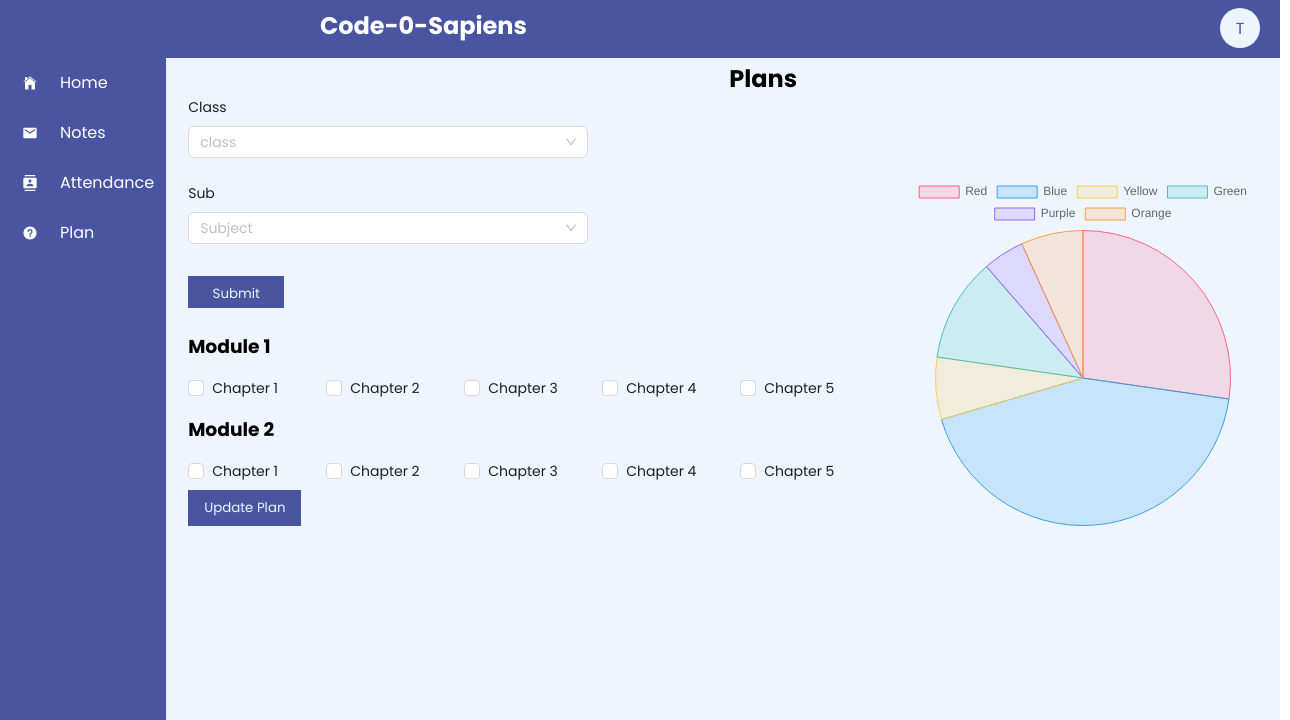
Repository: sinchana-P/code-0-sapiens
Page: /plans (app in client/), after clicking the first element matching `button`
An editor plug-in stored every save of this project. The page is shown before and after a run of saves, followed by the edit.
The browser window is 1280 px wide. The page is 1290 px wide, so the pictures cover 1290 px, including what lies to the right of the window. The pictures show the whole page.
The project was rebuilt for these pictures with package versions that can differ from the ones it lists, and the page was loaded fresh each time. Also part of the build but not shown: client/src/components/auth/login/FormLayoutLogin.jsx, client/src/components/auth/login/Login.jsx, client/src/components/auth/register/FormLayoutRegister.jsx, client/src/components/auth/register/Register.jsx, client/src/components/homeScene/Home.jsx, client/src/components/notes/Notes.jsx, client/src/components/attendance/Attendance.jsx, client/src/components/profile/Profile.jsx and 5 more.

Above is the page before, as saved 2024-03-01 07:48:29.

### client/public/index.html
<!DOCTYPE html>
<html lang="en">
  <head>
    <meta charset="utf-8" />
    <link rel="icon" href="%PUBLIC_URL%/favicon.ico" />
    <meta name="viewport" content="width=device-width, initial-scale=1" />
    <meta name="theme-color" content="#000000" />
    <meta
      name="description"
      content="Web site created using create-react-app"
    />
    <link rel="apple-touch-icon" href="%PUBLIC_URL%/logo192.png" />
    <!--
      manifest.json provides metadata used when your web app is installed on a
      user's mobile device or desktop. See https://developers.google.com/web/fundamentals/web-app-manifest/
    -->
    <link rel="manifest" href="%PUBLIC_URL%/manifest.json" />
    <!--
      Notice the use of %PUBLIC_URL% in the tags above.
      It will be replaced with the URL of the `public` folder during the build.
      Only files inside the `public` folder can be referenced from the HTML.

      Unlike "/favicon.ico" or "favicon.ico", "%PUBLIC_URL%/favicon.ico" will
      work correctly both with client-side routing and a non-root public URL.
      Learn how to configure a non-root public URL by running `npm run build`.
    -->
    <link rel="preconnect" href="https://fonts.googleapis.com">
<link rel="preconnect" href="https://fonts.gstatic.com" crossorigin>
<link href="https://fonts.googleapis.com/css2?family=Poppins:ital,wght@0,100;0,200;0,300;0,400;0,500;0,600;0,700;0,800;0,900;1,100;1,200;1,300;1,400;1,500;1,600;1,700;1,800;1,900&display=swap" rel="stylesheet">
    <title>Code-0-Sapiens</title>
  </head>
  <body>
    <noscript>You need to enable JavaScript to run this app.</noscript>
    <div id="root"></div>
    <!--
      This HTML file is a template.
      If you open it directly in the browser, you will see an empty page.

      You can add webfonts, meta tags, or analytics to this file.
      The build step will place the bundled scripts into the <body> tag.

      To begin the development, run `npm start` or `yarn start`.
      To create a production bundle, use `npm run build` or `yarn build`.
    -->
  </body>
</html>

### client/src/index.js
import React from 'react';
import ReactDOM from 'react-dom/client';
import './index.css';
import App from './App';
import reportWebVitals from './reportWebVitals';
import { BrowserRouter } from 'react-router-dom'
import { apiSlice } from './api/apiSlice';
import {ApiProvider} from '@reduxjs/toolkit/query/react'

const root = ReactDOM.createRoot(document.getElementById('root'));
root.render(
  <BrowserRouter>
    <React.StrictMode>
      <ApiProvider api={apiSlice}>
        <App />
      </ApiProvider>
    </React.StrictMode>
  </BrowserRouter>,
);

// If you want to start measuring performance in your app, pass a function
// to log results (for example: reportWebVitals(console.log))
// or send to an analytics endpoint. Learn more: https://bit.ly/CRA-vitals
reportWebVitals();

### client/src/App.jsx

import './App.css';
import { useState } from 'react';
import { Routes, Route } from 'react-router-dom'
import Login from './components/auth/login/Login'
import Register from './components/auth/register/Register';
import Topbar from './components/global/topbar/Topbar';
import Sidebar from './components/global/sidebar/Sidebar';
import Home from './components/homeScene/Home';
import Notes from './components/notes/Notes';
import Plans from './components/plans/Plans';
import Attendance from './components/attendance/Attendance';
import Profile from './components/profile/Profile';
import StudentSidebar from './components/global/sidebar/StudentSidebar';
import StdHome from './components/stdHome/StdHome';
import StdAttendance from './components/stdAttendance/StdAttendance'
import StdNotes from './components/stdNotes/StdNotes';
import StdDoubts from './components/stdDoubts/StdDoubts';

function App() {
  const [userRole, setUserRole] = useState('Teacher')

  return (
    <div className="App">
      <div className='app-container'>

      <Topbar userRole={userRole}/>

        <div className='main-content'>
          <div className='left-content-container'>

          {
            userRole === 'Teacher' ? (<Sidebar /> ) : (<StudentSidebar /> )
          }

          </div>
          <div className='right-content-container'>
            <Routes>
              <Route path='/login' element={ <Login/> } />
              <Route path='/register' element={ <Register/> } />
              <Route path='/home' element={ <Home/> } />
              <Route path='/notes' element={ <Notes/> } />
              <Route path='/attendance' element={ <Attendance/> } />
              <Route path='/plans' element={ <Plans/> } />
              {/* <Route path='/profile' element={ <Profile/> } /> */}
              <Route path='/student' element={ <StdHome/> } />
              <Route path='/student/attendance' element={ <StdAttendance/> } />
              <Route path='/student/attendance' element={ <StdNotes/> } />
              <Route path='/student/attendance' element={ <StdDoubts/> } />
            </Routes>
          </div>
        </div>
      </div>

    </div>
  );
}

export default App;

### client/src/api/apiSlice.js
import {createApi,fetchBaseQuery} from '@reduxjs/toolkit/query/react'


export const apiSlice = createApi({
       reducerPath:"api",
       baseQuery:fetchBaseQuery({baseUrl:""}),
       tagTypes:['auth', 'student'],
       endpoints:(builder)=>({
        register: builder.mutation({
            query: (data) => ({
                url: '/register',
                method: "POST",
                body: data
            }),
            invalidatesTags:['auth']
        }),
        login: builder.mutation({
            query: (data) => ({
                url: '/login',
                method: "POST",
                body: data
            }),
            invalidatesTags:['auth']
        }),
            //   getTodos:builder.query({
            //          query:()=>'/auth',
            //          transformResponse: (res: Todo[]) =>  {
            //                 // Ensure res is an array before sorting
            //                 console.log(res);

            //                 if (Array.isArray(res)) {
            //                     return res.sort((a, b) => b.id - a.id);
            //                 } else {
            //                     return res;
            //                 }
            //             },

            //          providesTags:['todos']
            //   }),
            //   addTodo:builder.mutation({
            //          query:(todo)=>({
            //                 url:'/todos',
            //                 method:"POST",
            //                 body:todo
            //          }),
            //          invalidatesTags:['todos']
            //   }),
            //   updateTodo:builder.mutation({
            //          query:(todo)=>({
            //                 url:/todos/${todo.id},
            //                 method:'PATCH',
            //                 body:todo
            //          }),
            //          invalidatesTags:['todos']
            //   }),
            //   deleteTodo:builder.mutation({
            //          query:(id)=>({

            //                 url:/todos/${id},
            //                 method:'DELETE',
            //                 body:id
            //          }),
            //          invalidatesTags:['todos']
            //   })

       })
})

export const { useRegisterMutation,useLoginMutation } = apiSlice

### client/src/App.css
@import url('https://fonts.googleapis.com/css2?family=Poppins:ital,wght@0,100;0,200;0,300;0,400;0,500;0,600;0,700;0,800;0,900;1,100;1,200;1,300;1,400;1,500;1,600;1,700;1,800;1,900&display=swap');

* {
  font-family: "Poppins", sans-serif;
}

/* --- */
.full-width-container {
  width: 100%;
  display: flex;
  justify-content: center;
  align-items: center;
}
/* --- */

.right-content-container {
  background-color: #EEF5FF;
  display: flex;
  align-items: start;
  justify-content: center;
}

.app-container {
  display: flex;
  flex-direction: column;
}

.main-content {
  display: flex;
  flex-direction: row;
}

.left-content-container {
  width: 13vw;
}

.right-content-container {
  width: 87vw;

}

### client/src/components/global/topbar/Topbar.jsx
import React, {useState} from 'react'
import './Topbar.css'

const Topbar = ({userRole}) => {
  // const [userRole, setUserRole] = useState('Teacher')

  return (
    <div className='topbar-container'>
        <h2 style={{textAlign: 'left'}} className='logo-text'>Code-0-Sapiens</h2>

        <div className='profile-div'>
          {userRole === 'Teacher' ? 'T' : (userRole === 'Student' ? 'S' : '')}
        </div>
    </div>
  )
}

export default Topbar

### client/src/components/global/sidebar/Sidebar.jsx
import './Sidebar.css'
import { SidebarData } from './SidebarData';
import { Link, NavLink } from 'react-router-dom';


const Sidebar=()=> {
  return (
    <div className='sidebar'>
       <ul className='sidebarList'>
        {
        SidebarData.map((value,key)=>{
            return (
              <NavLink to={value.route} key={key} className='row' >
                <div id='icon'>{value.icon}</div>
                <div id='title'>{value.title}</div>
              </NavLink>
            )
        })
        }
       </ul>
    </div>
  )
}

export default Sidebar

### client/src/components/plans/Plans.jsx
import React, {useState} from 'react';
import { Form, Select, Checkbox } from 'antd';
import './Plans.css'
import { Chart as ChartJS, ArcElement, Tooltip, Legend } from 'chart.js';
import { Pie } from 'react-chartjs-2';


const SidebarData = [
  {
    cls_id: '8',
    sub_id: '1',
    mod_id: 'Module 1',
    chp_id: 'Chapter 1',
    completed: true
  },
  {
    cls_id: '8',
    sub_id: '1',
    mod_id: 'Module 1',
    chp_id: 'Chapter 2',
    completed: false
  },
  {
    cls_id: '8',
    sub_id: '1',
    mod_id: 'Module 1',
    chp_id: 'Chapter 3',
    completed: true
  },
  {
    cls_id: '8',
    sub_id: '1',
    mod_id: 'Module 1',
    chp_id: 'Chapter 4',
    completed: false
  },
  {
    cls_id: '8',
    sub_id: '1',
    mod_id: 'Module 1',
    chp_id: 'Chapter 5',
    completed: true
  },
  {
    cls_id: '8',
    sub_id: '1',
    mod_id: 'Module 2',
    chp_id: 'Chapter 1',
    completed: false
  },
  {
    cls_id: '8',
    sub_id: '1',
    mod_id: 'Module 2',
    chp_id: 'Chapter 2',
    completed: true
  },
  {
    cls_id: '8',
    sub_id: '1',
    mod_id: 'Module 2',
    chp_id: 'Chapter 3',
    completed: true
  },
  {
    cls_id: '8',
    sub_id: '1',
    mod_id: 'Module 2',
    chp_id: 'Chapter 4',
    completed: true
  },
  {
    cls_id: '8',
    sub_id: '1',
    mod_id: 'Module 2',
    chp_id: 'Chapter 5',
    completed: true
  }
];

const CheckboxGroup = Checkbox.Group;
ChartJS.register(ArcElement, Tooltip, Legend);

const Plans = () => {

    const [isSubmit, setIsSubmit] = useState(false)

    const data = {
      labels: ['Red', 'Blue', 'Yellow', 'Green', 'Purple', 'Orange'],
      datasets: [
        {
          label: '# of Votes',
          data: [12, 19, 3, 5, 2, 3],
          backgroundColor: [
            'rgba(255, 99, 132, 0.2)',
            'rgba(54, 162, 235, 0.2)',
            'rgba(255, 206, 86, 0.2)',
            'rgba(75, 192, 192, 0.2)',
            'rgba(153, 102, 255, 0.2)',
            'rgba(255, 159, 64, 0.2)',
          ],
          borderColor: [
            'rgba(255, 99, 132, 1)',
            'rgba(54, 162, 235, 1)',
            'rgba(255, 206, 86, 1)',
            'rgba(75, 192, 192, 1)',
            'rgba(153, 102, 255, 1)',
            'rgba(255, 159, 64, 1)',
          ],
          borderWidth: 1,
        },
      ],
    };

  // Grouping chapters by module
  const groupedChapters = SidebarData.reduce((acc, curr) => {
    const { mod_id, chp_id } = curr;
    if (!acc[mod_id]) {
      acc[mod_id] = [];
    }
    acc[mod_id].push(chp_id);
    console.log('acc');
    console.log(acc);
    return acc;
  }, {});

  const handleSubmit = () => {
    setIsSubmit(true)
  }

  return (
    <div className='plans-main'>
      <h2 className='heading'>Plans</h2>

         <div className='plans-container'>
            <div className='plans-container-left'>
                <Form
                layout="vertical"
                name="basic"
                labelCol={{ span: 8 }}
                wrapperCol={{ span: 16 }}
                style={{ maxWidth: 600 }}
                initialValues={{ remember: true }}
                autoComplete="off"
            >
                <Form.Item label="Class" rules={[{ required: true, message: 'Please select class!' }]}>
                <Select placeholder="class">
                    <Select.Option value="class8">Class 8</Select.Option>
                    <Select.Option value="class9">Class 9</Select.Option>
                    <Select.Option value="class10">Class 10</Select.Option>
                </Select>
                </Form.Item>
                <Form.Item label="Sub" rules={[{ required: true, message: 'Please select class!' }]}>
                <Select placeholder="Subject">
                    <Select.Option value="maths">Maths</Select.Option>
                    <Select.Option value="science">Science</Select.Option>
                    <Select.Option value="social">Social</Select.Option>
                </Select>
                </Form.Item>
                </Form>

                <button style={{ width: '6rem', height: '2rem', textAlign: 'center' }} onClick={handleSubmit}>Submit</button>

                <div>
                    {isSubmit && (
                        <>
                        {Object.keys(groupedChapters).map((module, index) => (

                          <div key={index} className='module-chapters-checkbox'>
                          <h3 style={{padding: '1rem 0'}}>{module}</h3>
                          <CheckboxGroup>
                              {groupedChapters[module].map((chapter, i) => (
                              <Checkbox checked key={i} value={chapter} style={{width: '130px'}} >
                                  {chapter}
                              </Checkbox>
                              ))}
                          </CheckboxGroup>

                          </div>

                      ))}
                      <button>Update Plan</button>
                        </>
                    )}
                </div>
            </div>

            <div style={{width:'350px', height: '350px'}} className='plans-container-right'>
              <Pie
                data={data}
                width={50}
                height={50}
              />
            </div>
         </div>





    </div>



  );
}

export default Plans;

### client/src/components/auth/login/Login.css
.login-container{
    padding: 1rem 0;
    /* background-color: pink; */
    width: 50vw;

}

h2 {
    text-align: center;
    margin-left: 20rem;
}

### client/src/components/auth/register/Register.css
.register-container{
    padding: 1rem 0;
    /* background-color: pink; */
    width: 50vw;

}

h2 {
    text-align: center;
    margin-left: 20rem;
}

### client/src/components/global/topbar/Topbar.css
.topbar-container {
    background-color: #4A55A2;
    min-width: 95vw;
    height: 4rem;
    display: flex;
    flex-direction: row;
    justify-content: space-between;
}

.profile-div {
    background-color: #EEF5FF;
    color: #4a55a2;
    width: 40px;
    height: 40px;
    border-radius: 50%;
    display: flex;
    justify-content: center;
    align-items: center;
    margin-top: 8px;
    margin-right: 20px;
}

.logo-text {
    color: white;
    /* text-align: center; */
    margin-top: 0.5rem;
}

### client/src/components/global/sidebar/Sidebar.css
*{
    margin: 0;
    padding: 0;
  }
  .App{
    width: 100vw;
    height: 100vh;
    display: flex;
  }

  .sidebar{
    height: 92vh;
    width: 200px;
    background-color: #4A55A2;
  }

  .sidebarList{
    height: auto;
    width: 100%;
    padding: 0;
  }

  .sidebarList .row{
    width: 100%;
    height: 50px;
    list-style-type: none;
    margin: 0;
    display: flex;
    flex-direction: row;
    color: white;
    justify-content: center;
    align-items: center;
    text-decoration: none;
  }

  .sidebarList .row:hover{
    cursor: pointer;
    background-color: #EEF5FF;
    color: black;

  }

  .row #icon{
    flex: 30%;
    display: grid;
    place-items: center;
  }

  .row #title{
    flex: 70%;
  }

  .row .active {
    background-color: #EEF5FF;
    color: black;
  }

### client/src/components/global/sidebar/SidebarData.js
import { IoIosHome,IoMdHelpCircle } from "react-icons/io";
import { MdEmail,MdContacts } from "react-icons/md";
import { FaRegCalendarCheck } from "react-icons/fa";


export const SidebarData=[
       {
              title:"Home",
              icon:<IoIosHome />,
              route:"/"
       },
       {
              title:"Notes",
              icon:<MdEmail />,
              route:"/notes"
       },
       {
              title:"Attendance",
              icon:<MdContacts />,
              route:"/attendance"
       },
       {
              title:"Plan",
              icon:<IoMdHelpCircle />,
              route:"/plans"
       },
       // {
       //        title:"Profile",
       //        icon:<FaRegCalendarCheck />,
       //        route:"/profile"
       // },
]

### client/src/components/notes/Notes.css
.notes-main {
    width: 87vw;
}

.heading {
    margin-left: 28rem;
}

.notes-container{
    margin: 1rem 18rem;
}

.notes-form-container {
    padding: 1rem 0;
}

.notes-upload-main {
    display: flex;
    flex-direction: row;
}


.notes-upload-container {
    display: flex;
    flex-direction: column;
}

.notes-pdf, .notes-link {
    display: flex;
    flex-direction: row;
    padding: 0.5rem 0;
}

.notes-upload-container {
    padding: 0rem 1rem;
}

p{
    font-weight: bold;
}

### client/src/components/plans/Plans.css
.plans-main{
    /* width: 90vw; */
    padding: 0.2rem 2rem;
    /* background-color: pink; */
    /* max-height: 90vh; */

}

.module-chapters-checkbox {
    display: flex;
    flex-direction: column;
    justify-content: start;
}

.heading {
    margin-left: 5rem;
}

.plans-container {
    display: flex;
    flex-direction: row;
    /* justify-content: space-evenly; */

}

.plans-container-left {
    display: flex;
    flex-direction: column;
    width: 45rem;
    /* background-color: green; */
}
.plans-container-right {
    display: flex;
    flex-direction: column;
    width: 40rem;
    margin-top: 5rem;
    /* background-color: rgb(13, 0, 128); */
}

### client/src/components/attendance/Attendance.css
.attendance-main {
    /* background-color: pink; */
    width: 80vw;
}

.attendance-class {
    /* background-color: pink; */
}

.attendance-class-inputs-container {
    display: flex;
    flex-direction: row;
    min-width: 80vw;
}

.attendance-class-each {
    width: 15rem;
    margin: 2rem;
}

button {
    background-color: #4a55a2;
    color: #EEF5FF;
    border: none;
    padding: 0.5rem 1rem;
    margin: 0.5rem 0;
}

button:hover {
    background-color: #b9cae3;
    color: #4a55a2;
    cursor: pointer;
}

### client/src/components/global/sidebar/StudentSidebarData.js
import { IoIosHome,IoMdHelpCircle } from "react-icons/io";
import { MdEmail,MdContacts } from "react-icons/md";
import { FaRegCalendarCheck } from "react-icons/fa";


export const StudentSidebarData=[
       {
              title:"Home",
              icon:<IoIosHome />,
              route:"/student"
       },
       {
              title:"Attendance",
              icon:<MdEmail />,
              route:"/student/attendance"
       },
       {
              title:"Notes",
              icon:<MdContacts />,
              route:"/student/notes"
       },
       {
              title:"Doubts",
              icon:<IoMdHelpCircle />,
              route:"/student/doubts"
       },
       // {
       //        title:"Profile",
       //        icon:<FaRegCalendarCheck />,
       //        route:"/profile"
       // },
]

### client/src/components/stdAttendance/StdAttendance.css
.attendance-main {
    /* background-color: pink; */
    width: 87vw;
    padding: 1rem 20rem;
}

.attendance-class {
    /* background-color: pink; */
}

.attendance-class-inputs-container {
    display: flex;
    flex-direction: row;
    min-width: 80vw;
}

.attendance-class-each {
    width: 15rem;
    margin: 2rem;
}

button {
    background-color: #4a55a2;
    color: #EEF5FF;
    border: none;
    padding: 0.5rem 1rem;
    margin: 0.5rem 0;
}

button:hover {
    background-color: #b9cae3;
    color: #4a55a2;
    cursor: pointer;
}

.header {
    margin: 1rem 5rem;
}

Loaded but not shown: client/src/index.css (common file); client/src/reportWebVitals.js (common file)

After the next 2 saves:
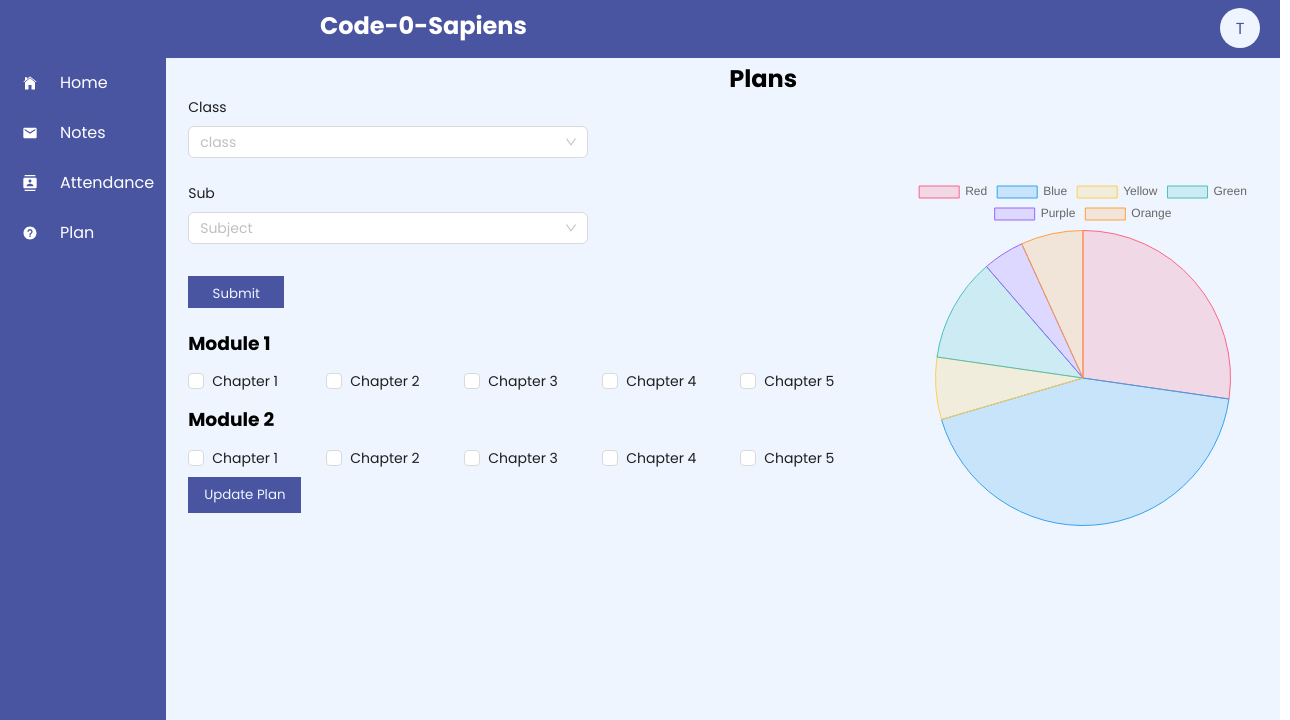
The 2 saves are shown as one change because they came seconds apart.
The last was saved 12 s later.
--- a/client/src/components/plans/Plans.jsx
+++ b/client/src/components/plans/Plans.jsx
@@ -167,7 +167,7 @@ const Plans = () => {
                         {Object.keys(groupedChapters).map((module, index) => (
 
                           <div key={index} className='module-chapters-checkbox'>
-                          <h3 style={{padding: '1rem 0'}}>{module}</h3>
+                          <h3 style={{padding: '0.8rem 0'}}>{module}</h3>
                           <CheckboxGroup>
                               {groupedChapters[module].map((chapter, i) => (
                               <Checkbox checked key={i} value={chapter} style={{width: '130px'}} >
